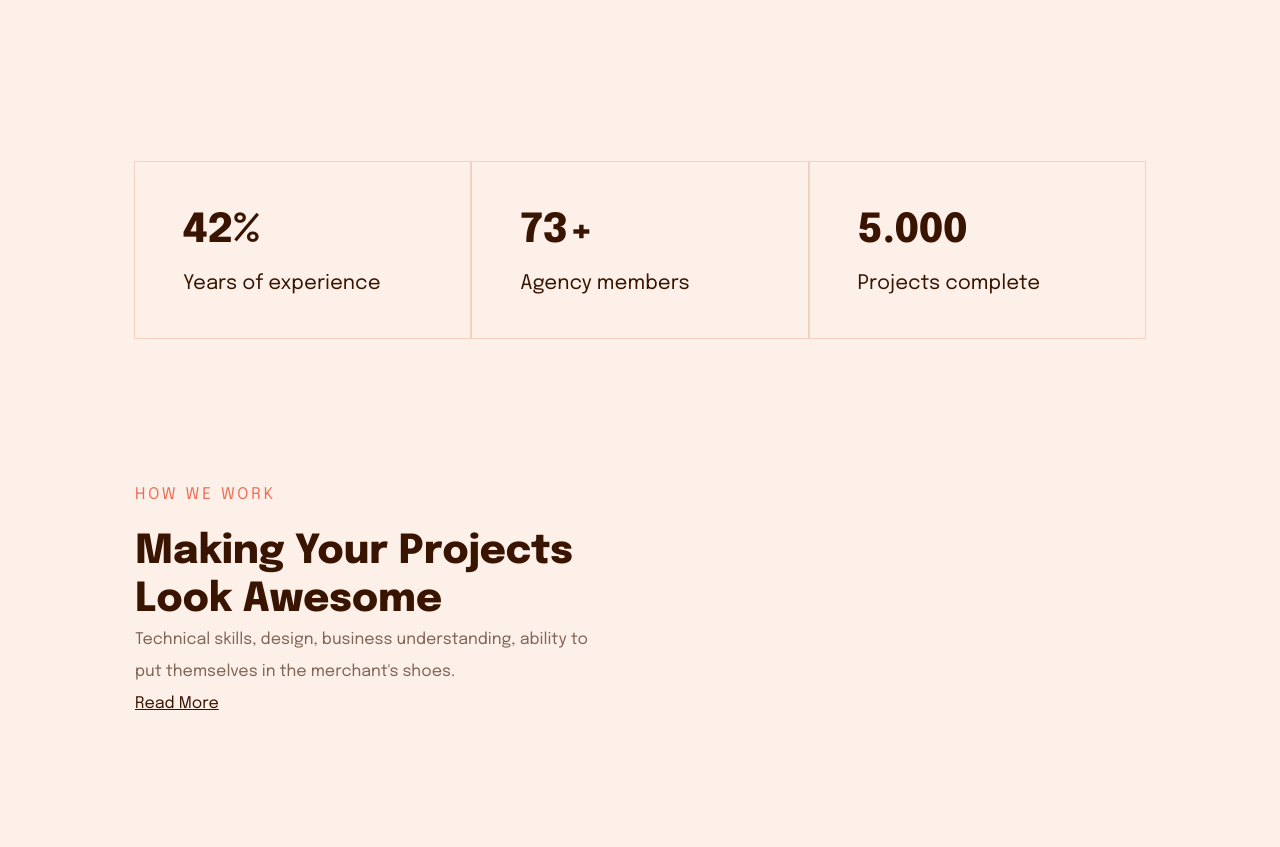
Repository: MehdiKerimov/Figma-task-7
Page: index.html
These files come from the project's save history. The page is drawn as it stood at one moment and after a run of saves; the edit follows.
The browser window is 1280 px wide. The pictures show the whole page.

Above is the page before, as saved 2023-08-30 12:13:23.

### index.html
<!DOCTYPE html>
<html lang="en">

<head>
    <meta charset="UTF-8">
    <meta name="viewport" content="width=device-width, initial-scale=1.0">
    <title>Document</title>
    <link rel="stylesheet" href="index.css">
</head>

<body>
    <div class="container">
        <div class="container-1">
            <ul>

                    <li>
                        <h1>42%</h1>
                        <p>Years of experience</p>
                    </li>


                    <li>
                        <h1>73+</h1>
                        <P>Agency members</P>
                    </li>


                    <li>
                        <h1>5.000</h1>
                        <p>Projects complete</p>
                    </li>

            </ul>
        </div>
        <div class="container-2">
            <div class="text-container">
                <h1>How we work</h1>
                <h2>Making Your Projects Look Awesome</h2>
                <p>Technical skills, design, business understanding, ability to put themselves in the merchant's shoes.</p>
                <a href="">Read More</a>
            </div>
            <ul>

            </ul>

        </div>
    </div>


</body>

</html>

### index.css
@import url("https://fonts.googleapis.com/css2?family=Epilogue:wght@400;800&display=swap");
* {
  padding: 0;
  margin: 0;
  box-sizing: border-box;
}
.container {
  background: #fdf0e9;
  min-height: 100vh;
}
.container-1 {
  padding: 161px 134px 140px 134px;
}

.container-1 .box-1 {
  width: 391px;
  height: 176px;
  border-radius: 6px 0px 0px 6px;
}
.container-1 ul {
  display: flex;
}
.container-1 ul li {
  list-style-type: none;
  width: 33.33%;
  border: 1px solid #f3d1bf;
  padding: 45px 0 38px 48px;
}
.container-1 ul li h1 {
  color: var(--text-dark, #391400);
  font-feature-settings: "clig" off, "liga" off;
  font-family: Epilogue;
  font-size: 40px;
  font-style: normal;
  font-weight: 800;
  line-height: 48px;
}
.container-1 ul li p {
  margin-top: 13px;
  color: var(--text-dark, #391400);
  font-feature-settings: "clig" off, "liga" off;
  font-family: Epilogue;
  font-size: 20px;
  font-style: normal;
  font-weight: 400;
  line-height: 32px;
}
.container-1 .box-1 li h1 {
  padding: 45px 0px 13px 48px;
}
.container-1 .box-1 li p {
  margin-left: 48px;
}
.container-1 .box-3 li p {
  margin-left: 48px;
  color: var(--text-dark, #391400);
  font-feature-settings: "clig" off, "liga" off;
  font-family: Epilogue;
  font-size: 20px;
  font-style: normal;
  font-weight: 400;
  line-height: 32px;
}
.container-2{
    padding: 0 203px 127px 135px;
    display: flex;
}
.container-2 .text-container h1 {
  color: var(--text-dark-accent, #ef6d58);
  font-feature-settings: "clig" off, "liga" off;
  font-family: Epilogue;
  font-size: 16px;
  font-style: normal;
  font-weight: 400;
  line-height: 32px;
  letter-spacing: 3px;
  text-transform: uppercase;
}
.container-2 .text-container h2 {
    margin-top: 17px;
    width: 448px;
  color: var(--text-dark, #391400);
  font-feature-settings: "clig" off, "liga" off;
  font-family: Epilogue;
  font-size: 40px;
  font-style: normal;
  font-weight: 800;
  line-height: 48px;
}
.container-2 .text-container p {
    width: 470px;
  color: var(--text-dark-gray, rgba(57, 20, 0, 0.64));
  font-feature-settings: "clig" off, "liga" off;
  font-family: Epilogue;
  font-size: 16px;
  font-style: normal;
  font-weight: 400;
  line-height: 32px;
}
.container-2 .text-container a {
  color: var(--text-dark, #391400);
  font-feature-settings: "clig" off, "liga" off;
  font-family: Epilogue;
  font-size: 16px;
  font-style: normal;
  font-weight: 400;
  line-height: 32px;
}

After the next 2 saves:
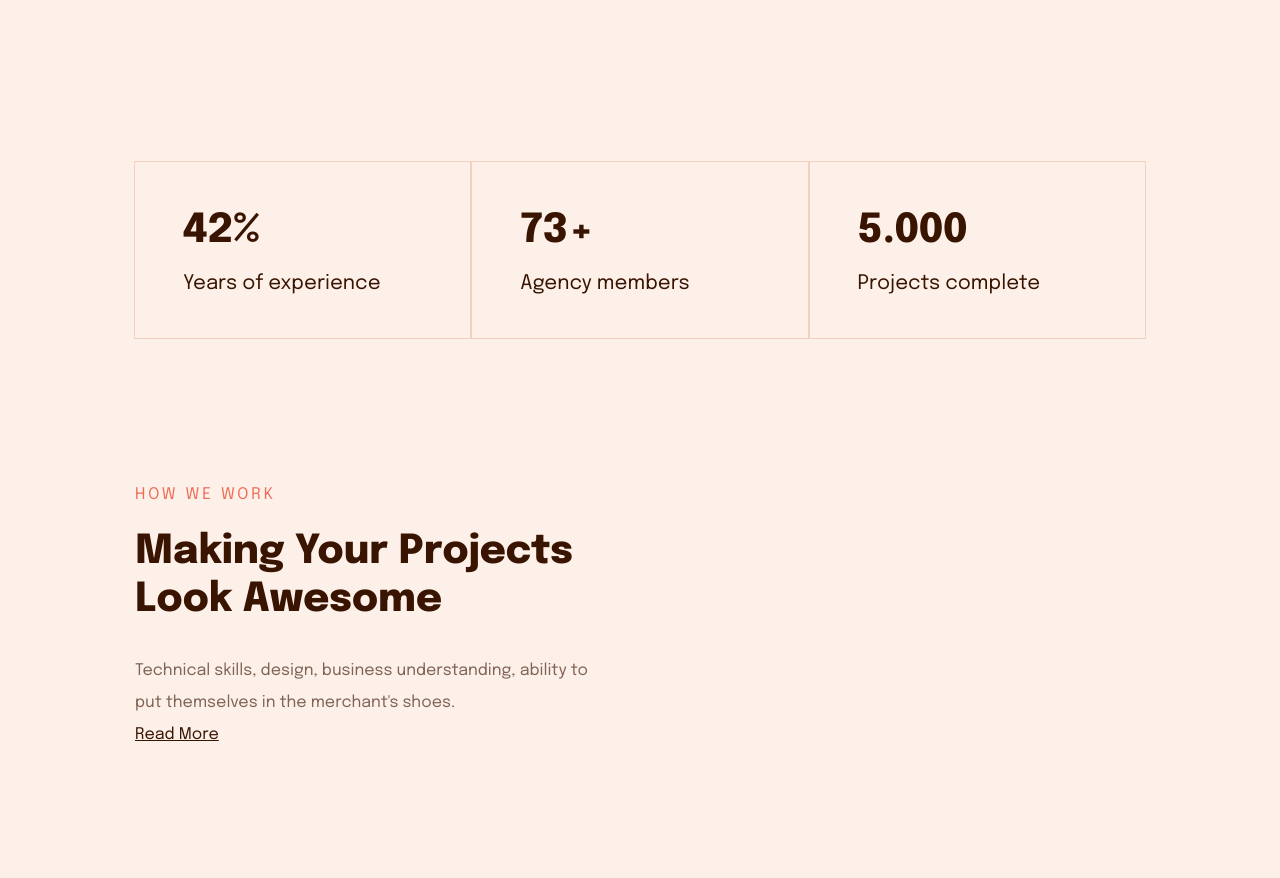
The 2 saves are shown as one change because they came seconds apart.
The last was saved 12 s later.
--- a/index.css
+++ b/index.css
@@ -78,6 +78,7 @@
 }
 .container-2 .text-container h2 {
     margin-top: 17px;
+    margin-bottom: 31px;
     width: 448px;
   color: var(--text-dark, #391400);
   font-feature-settings: "clig" off, "liga" off;
